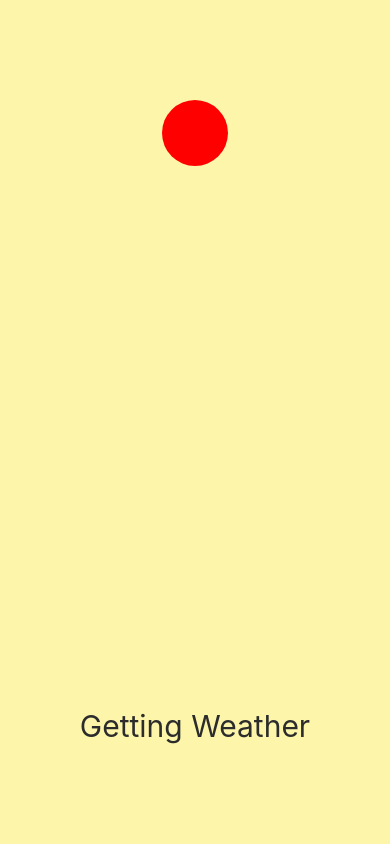
Repository: Exchallenger/Weather-app
Screen: /
The author's editor kept a copy of each file at every save. The screen is drawn from the files as they stood at one save, then again after the next save.
The app was drawn by React Native's web renderer in a window 390 px wide. The project was rebuilt for these pictures with package versions that can differ from the ones it lists, and the page was loaded fresh each time. Also part of the build but not shown: weather.js.

Above is the screen before, as saved 2021-01-15 15:16:18.

### App.js
import { StatusBar } from 'expo-status-bar';
import {Alert} from "react-native";
import React, { useEffect, useState } from 'react';
import Loading from './loading';
import * as Location from 'expo-location';
import axios from 'axios';
import Weather from './weather';

const API_KEY = "9e0bfa2c5f6975bf6890d7892b8f2c06";
// api.openweathermap.org/data/2.5/weather?lat=35.544829899999996&lon=129.3517382&appid=9e0bfa2c5f6975bf6890d7892b8f2c06

const App = (props) => {
  const [isLoading, setIsLoading] = useState(true);
  const [temp, setTemp] = useState();
  const [nowweather, setNowWeather] = useState();
  const [city, setCity] = useState();


  // const weathers = ['Thunderstorm','Dizzle','Rain','Snow','Atmosphere','Clear','Clouds','Haze','Mist','Dust'];

  const getWeather = async(latitude, longitude) =>{
      const {data} = await axios.get(
        `https://api.openweathermap.org/data/2.5/weather?lat=${latitude}&lon=${longitude}&appid=${API_KEY}&units=metric`);
        setIsLoading(true);
        const ntemp = data.main.temp;
        setTemp(ntemp);
        const nweather = data.weather[0].main;
        setNowWeather(nweather);
        const ncity = data.name;
        setCity(ncity);
  };
  const getLocation = async() =>{
    try{
      await Location.requestPermissionsAsync();
      const {coords : {latitude, longitude}} = await Location.getCurrentPositionAsync();
      getWeather(latitude, longitude);
    }catch(error){
      Alert.alert("Cat find you", "so sad");
    }}
  useEffect(()=>{
    getLocation();
  },[isLoading]);


  return (isLoading ? <Loading/> : <Weather temp={temp} weather={nowweather} city={city}/>);
};

export default App;

//Math.round(temp)

### loading.js
import React,{Component} from 'react';
import {StyleSheet, Text, View} from "react-native";

export default function Loading(){
    return(
    <View style={styles.container}>
        <View style={styles.load}></View>
        <View style={styles.texts}><Text style={styles.text}>Getting Weather</Text></View>
    </View>);
}

const styles = StyleSheet.create({
    container:{
        flex:1,
        justifyContent:"space-between",
        alignItems:"center",
        paddingHorizontal:30,
        paddingVertical:100,
        backgroundColor:"#FDF6AA"
    },
    texts:{

        justifyContent:"center",
        alignItems:"flex-end",
    },
    text:{
        flex:1,
        color:"#2c2c2c",
        fontSize:30,
    },
    load:{
        justifyContent:"center",
        alignItems:"center",
        width:66,
        height:66,
        backgroundColor:'red',
        borderRadius:50,
    }
});

After the next save:
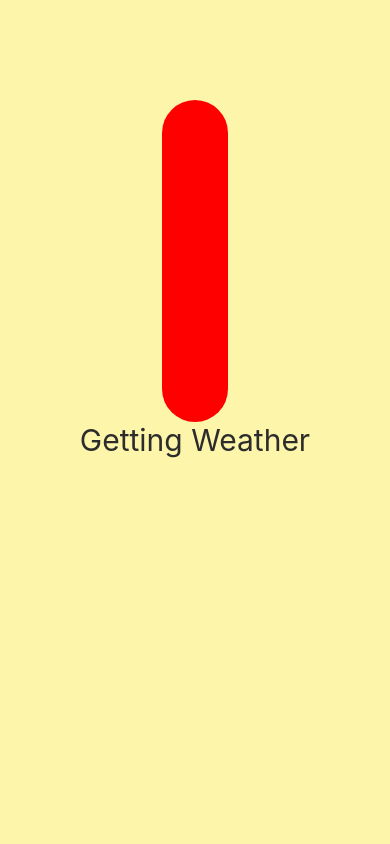
Saved 2 min 36 s later.
--- a/loading.js
+++ b/loading.js
@@ -19,7 +19,7 @@ const styles = StyleSheet.create({
         backgroundColor:"#FDF6AA"
     },
     texts:{
-
+        flex:1,
         justifyContent:"center",
         alignItems:"flex-end",
     },
@@ -29,6 +29,7 @@ const styles = StyleSheet.create({
         fontSize:30,
     },
     load:{
+        flex:1,
         justifyContent:"center",
         alignItems:"center",
         width:66,
